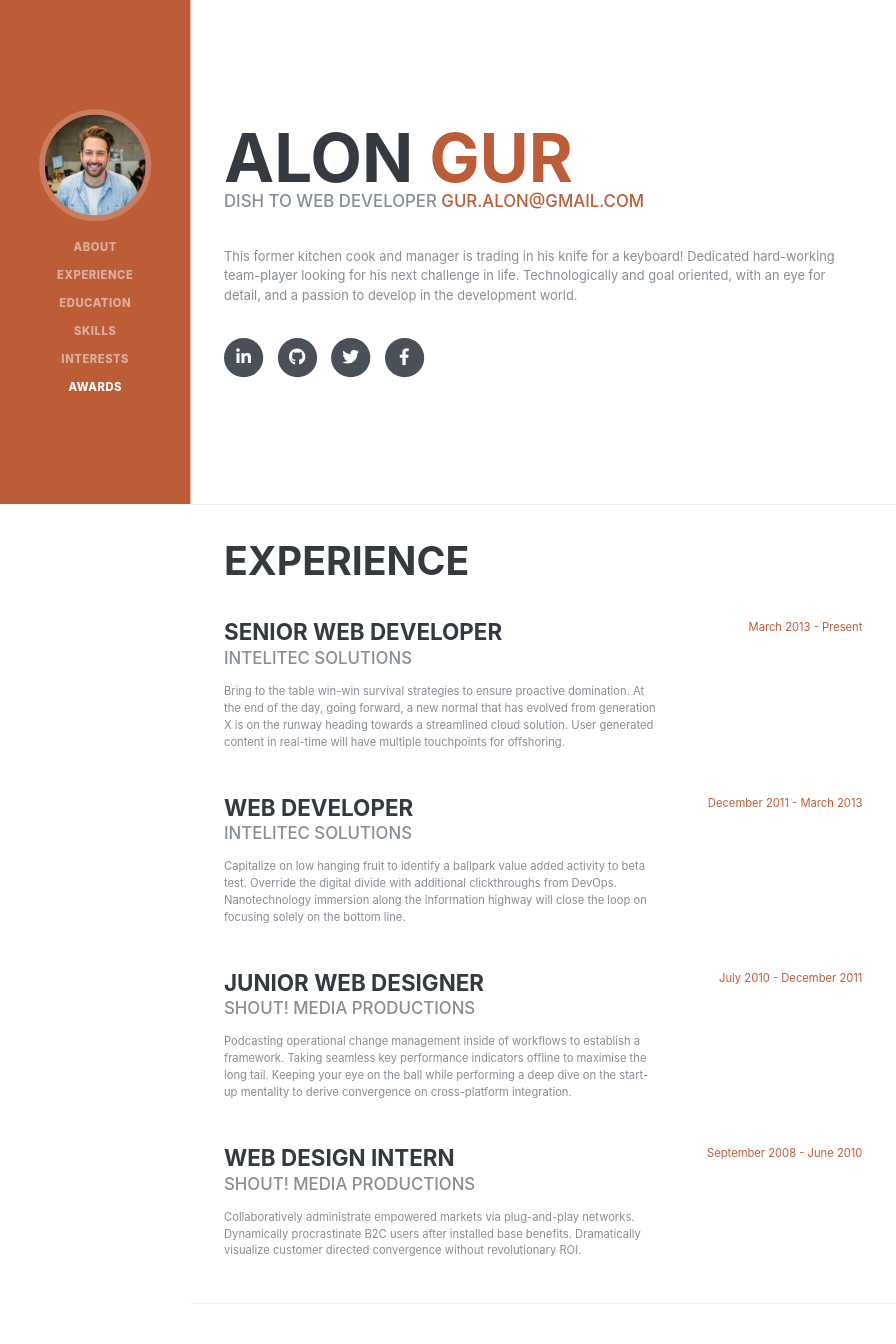
Repository: AlonGur/resume
Page: index.html
An editor plug-in stored every save of this project. The page is shown before and after the next save, followed by the edit.
The browser window is 1280 px wide. The pictures show the part of the page from y = 0 to 1920 px (the page is 4746 px tall), at 70% of full size.
Some web fonts or font styles are not loaded; a fallback is used.

Above is the page before, as saved 2019-06-07 15:37:39.

### index.html
<!DOCTYPE html>
<html lang="en">

<head>

  <meta charset="utf-8">
  <meta name="viewport" content="width=device-width, initial-scale=1, shrink-to-fit=no">
  <meta name="description" content="">
  <meta name="author" content="">

  <title>Resume - Start Bootstrap Theme</title>

  <!-- Bootstrap core CSS -->
  <link href="vendor/bootstrap/css/bootstrap.min.css" rel="stylesheet">

  <!-- Custom fonts for this template -->
  <link href="https://fonts.googleapis.com/css?family=Saira+Extra+Condensed:500,700" rel="stylesheet">
  <link href="https://fonts.googleapis.com/css?family=Muli:400,400i,800,800i" rel="stylesheet">
  <link href="vendor/fontawesome-free/css/all.min.css" rel="stylesheet">

  <!-- Custom styles for this template -->
  <link href="css/resume.min.css" rel="stylesheet">

</head>

<body id="page-top">

  <nav class="navbar navbar-expand-lg navbar-dark bg-primary fixed-top" id="sideNav">
    <a class="navbar-brand js-scroll-trigger" href="#page-top">
      <span class="d-block d-lg-none">Alon Gur</span>
      <span class="d-none d-lg-block">
        <img class="img-fluid img-profile rounded-circle mx-auto mb-2" src="img/profile.jpg" alt="">
      </span>
    </a>
    <button class="navbar-toggler" type="button" data-toggle="collapse" data-target="#navbarSupportedContent" aria-controls="navbarSupportedContent" aria-expanded="false" aria-label="Toggle navigation">
      <span class="navbar-toggler-icon"></span>
    </button>
    <div class="collapse navbar-collapse" id="navbarSupportedContent">
      <ul class="navbar-nav">
        <li class="nav-item">
          <a class="nav-link js-scroll-trigger" href="#about">About</a>
        </li>
        <li class="nav-item">
          <a class="nav-link js-scroll-trigger" href="#experience">Experience</a>
        </li>
        <li class="nav-item">
          <a class="nav-link js-scroll-trigger" href="#education">Education</a>
        </li>
        <li class="nav-item">
          <a class="nav-link js-scroll-trigger" href="#skills">Skills</a>
        </li>
        <li class="nav-item">
          <a class="nav-link js-scroll-trigger" href="#interests">Interests</a>
        </li>
        <li class="nav-item">
          <a class="nav-link js-scroll-trigger" href="#awards">Awards</a>
        </li>
      </ul>
    </div>
  </nav>

  <div class="container-fluid p-0">

    <section class="resume-section p-3 p-lg-5 d-flex align-items-center" id="about">
      <div class="w-100">
        <h1 class="mb-0">Alon
          <span class="text-primary">Gur</span>
        </h1>
        <div class="subheading mb-5">Dish to Web Developer
          <a href="mailto:name@email.com">gur.alon@gmail.com</a>
        </div>
        <p class="lead mb-5">This former kitchen cook and manager is trading in his knife for a keyboard! Dedicated hard-working team-player looking for his next challenge in life. Technologically and goal oriented, with an eye for detail, and a passion to develop in the development world.


        </p>
        <div class="social-icons">
          <a href="https://www.linkedin.com/in/GurAlon">
            <i class="fab fa-linkedin-in"></i>
          </a>
          <a href="www.github.com/AlonGur ">
            <i class="fab fa-github"></i>
          </a>
          <a href="#">
            <i class="fab fa-twitter"></i>
          </a>
          <a href="#">
            <i class="fab fa-facebook-f"></i>
          </a>
        </div>
      </div>
    </section>

    <hr class="m-0">

    <section class="resume-section p-3 p-lg-5 d-flex justify-content-center" id="experience">
      <div class="w-100">
        <h2 class="mb-5">Experience</h2>

        <div class="resume-item d-flex flex-column flex-md-row justify-content-between mb-5">
          <div class="resume-content">
            <h3 class="mb-0">Senior Web Developer</h3>
            <div class="subheading mb-3">Intelitec Solutions</div>
            <p>Bring to the table win-win survival strategies to ensure proactive domination. At the end of the day, going forward, a new normal that has evolved from generation X is on the runway heading towards a streamlined cloud solution. User generated content in real-time will have multiple touchpoints for offshoring.</p>
          </div>
          <div class="resume-date text-md-right">
            <span class="text-primary">March 2013 - Present</span>
          </div>
        </div>

        <div class="resume-item d-flex flex-column flex-md-row justify-content-between mb-5">
          <div class="resume-content">
            <h3 class="mb-0">Web Developer</h3>
            <div class="subheading mb-3">Intelitec Solutions</div>
            <p>Capitalize on low hanging fruit to identify a ballpark value added activity to beta test. Override the digital divide with additional clickthroughs from DevOps. Nanotechnology immersion along the information highway will close the loop on focusing solely on the bottom line.</p>
          </div>
          <div class="resume-date text-md-right">
            <span class="text-primary">December 2011 - March 2013</span>
          </div>
        </div>

        <div class="resume-item d-flex flex-column flex-md-row justify-content-between mb-5">
          <div class="resume-content">
            <h3 class="mb-0">Junior Web Designer</h3>
            <div class="subheading mb-3">Shout! Media Productions</div>
            <p>Podcasting operational change management inside of workflows to establish a framework. Taking seamless key performance indicators offline to maximise the long tail. Keeping your eye on the ball while performing a deep dive on the start-up mentality to derive convergence on cross-platform integration.</p>
          </div>
          <div class="resume-date text-md-right">
            <span class="text-primary">July 2010 - December 2011</span>
          </div>
        </div>

        <div class="resume-item d-flex flex-column flex-md-row justify-content-between">
          <div class="resume-content">
            <h3 class="mb-0">Web Design Intern</h3>
            <div class="subheading mb-3">Shout! Media Productions</div>
            <p>Collaboratively administrate empowered markets via plug-and-play networks. Dynamically procrastinate B2C users after installed base benefits. Dramatically visualize customer directed convergence without revolutionary ROI.</p>
          </div>
          <div class="resume-date text-md-right">
            <span class="text-primary">September 2008 - June 2010</span>
          </div>
        </div>

      </div>

    </section>

    <hr class="m-0">

    <section class="resume-section p-3 p-lg-5 d-flex align-items-center" id="education">
      <div class="w-100">
        <h2 class="mb-5">Education</h2>

        <div class="resume-item d-flex flex-column flex-md-row justify-content-between mb-5">
          <div class="resume-content">
            <h3 class="mb-0">University of Colorado Boulder</h3>
            <div class="subheading mb-3">Bachelor of Science</div>
            <div>Computer Science - Web Development Track</div>
            <p>GPA: 3.23</p>
          </div>
          <div class="resume-date text-md-right">
            <span class="text-primary">August 2006 - May 2010</span>
          </div>
        </div>

        <div class="resume-item d-flex flex-column flex-md-row justify-content-between">
          <div class="resume-content">
            <h3 class="mb-0">James Buchanan High School</h3>
            <div class="subheading mb-3">Technology Magnet Program</div>
            <p>GPA: 3.56</p>
          </div>
          <div class="resume-date text-md-right">
            <span class="text-primary">August 2002 - May 2006</span>
          </div>
        </div>

      </div>
    </section>

    <hr class="m-0">

    <section class="resume-section p-3 p-lg-5 d-flex align-items-center" id="skills">
      <div class="w-100">
        <h2 class="mb-5">Skills</h2>

        <div class="subheading mb-3">Programming Languages &amp; Tools</div>
        <ul class="list-inline dev-icons">
          <li class="list-inline-item">
            <i class="fab fa-html5"></i>
          </li>
          <li class="list-inline-item">
            <i class="fab fa-css3-alt"></i>
          </li>
          <li class="list-inline-item">
            <i class="fab fa-js-square"></i>
          </li>
          <li class="list-inline-item">
            <i class="fab fa-angular"></i>
          </li>
          <li class="list-inline-item">
            <i class="fab fa-react"></i>
          </li>
          <li class="list-inline-item">
            <i class="fab fa-node-js"></i>
          </li>
          <li class="list-inline-item">
            <i class="fab fa-sass"></i>
          </li>
          <li class="list-inline-item">
            <i class="fab fa-less"></i>
          </li>
          <li class="list-inline-item">
            <i class="fab fa-wordpress"></i>
          </li>
          <li class="list-inline-item">
            <i class="fab fa-gulp"></i>
          </li>
          <li class="list-inline-item">
            <i class="fab fa-grunt"></i>
          </li>
          <li class="list-inline-item">
            <i class="fab fa-npm"></i>
          </li>
        </ul>

        <div class="subheading mb-3">Workflow</div>
        <ul class="fa-ul mb-0">
          <li>
            <i class="fa-li fa fa-check"></i>
            Mobile-First, Responsive Design</li>
          <li>
            <i class="fa-li fa fa-check"></i>
            Cross Browser Testing &amp; Debugging</li>
          <li>
            <i class="fa-li fa fa-check"></i>
            Cross Functional Teams</li>
          <li>
            <i class="fa-li fa fa-check"></i>
            Agile Development &amp; Scrum</li>
        </ul>
      </div>
    </section>

    <hr class="m-0">

    <section class="resume-section p-3 p-lg-5 d-flex align-items-center" id="interests">
      <div class="w-100">
        <h2 class="mb-5">Interests</h2>
        <p>Apart from being a web developer, I enjoy most of my time being outdoors. In the winter, I am an avid skier and novice ice climber. During the warmer months here in Colorado, I enjoy mountain biking, free climbing, and kayaking.</p>
        <p class="mb-0">When forced indoors, I follow a number of sci-fi and fantasy genre movies and television shows, I am an aspiring chef, and I spend a large amount of my free time exploring the latest technology advancements in the front-end web development world.</p>
      </div>
    </section>

    <hr class="m-0">

    <section class="resume-section p-3 p-lg-5 d-flex align-items-center" id="awards">
      <div class="w-100">
        <h2 class="mb-5">Awards &amp; Certifications</h2>
        <ul class="fa-ul mb-0">
          <li>
            <i class="fa-li fa fa-trophy text-warning"></i>
            Google Analytics Certified Developer</li>
          <li>
            <i class="fa-li fa fa-trophy text-warning"></i>
            Mobile Web Specialist - Google Certification</li>
          <li>
            <i class="fa-li fa fa-trophy text-warning"></i>
            1<sup>st</sup>
            Place - University of Colorado Boulder - Emerging Tech Competition 2009</li>
          <li>
            <i class="fa-li fa fa-trophy text-warning"></i>
            1<sup>st</sup>
            Place - University of Colorado Boulder - Adobe Creative Jam 2008 (UI Design Category)</li>
          <li>
            <i class="fa-li fa fa-trophy text-warning"></i>
            2<sup>nd</sup>
            Place - University of Colorado Boulder - Emerging Tech Competition 2008</li>
          <li>
            <i class="fa-li fa fa-trophy text-warning"></i>
            1<sup>st</sup>
            Place - James Buchanan High School - Hackathon 2006</li>
          <li>
            <i class="fa-li fa fa-trophy text-warning"></i>
            3<sup>rd</sup>
            Place - James Buchanan High School - Hackathon 2005</li>
        </ul>
      </div>
    </section>

  </div>

  <!-- Bootstrap core JavaScript -->
  <script src="vendor/jquery/jquery.min.js"></script>
  <script src="vendor/bootstrap/js/bootstrap.bundle.min.js"></script>

  <!-- Plugin JavaScript -->
  <script src="vendor/jquery-easing/jquery.easing.min.js"></script>

  <!-- Custom scripts for this template -->
  <script src="js/resume.min.js"></script>

</body>

</html>

Loaded but not shown: vendor/bootstrap/css/bootstrap.min.css (library); vendor/fontawesome-free/css/all.min.css (library); css/resume.min.css (library); vendor/jquery/jquery.min.js (library); vendor/bootstrap/js/bootstrap.bundle.min.js (library); vendor/jquery-easing/jquery.easing.min.js (common file); js/resume.min.js (common file)

After the next save:
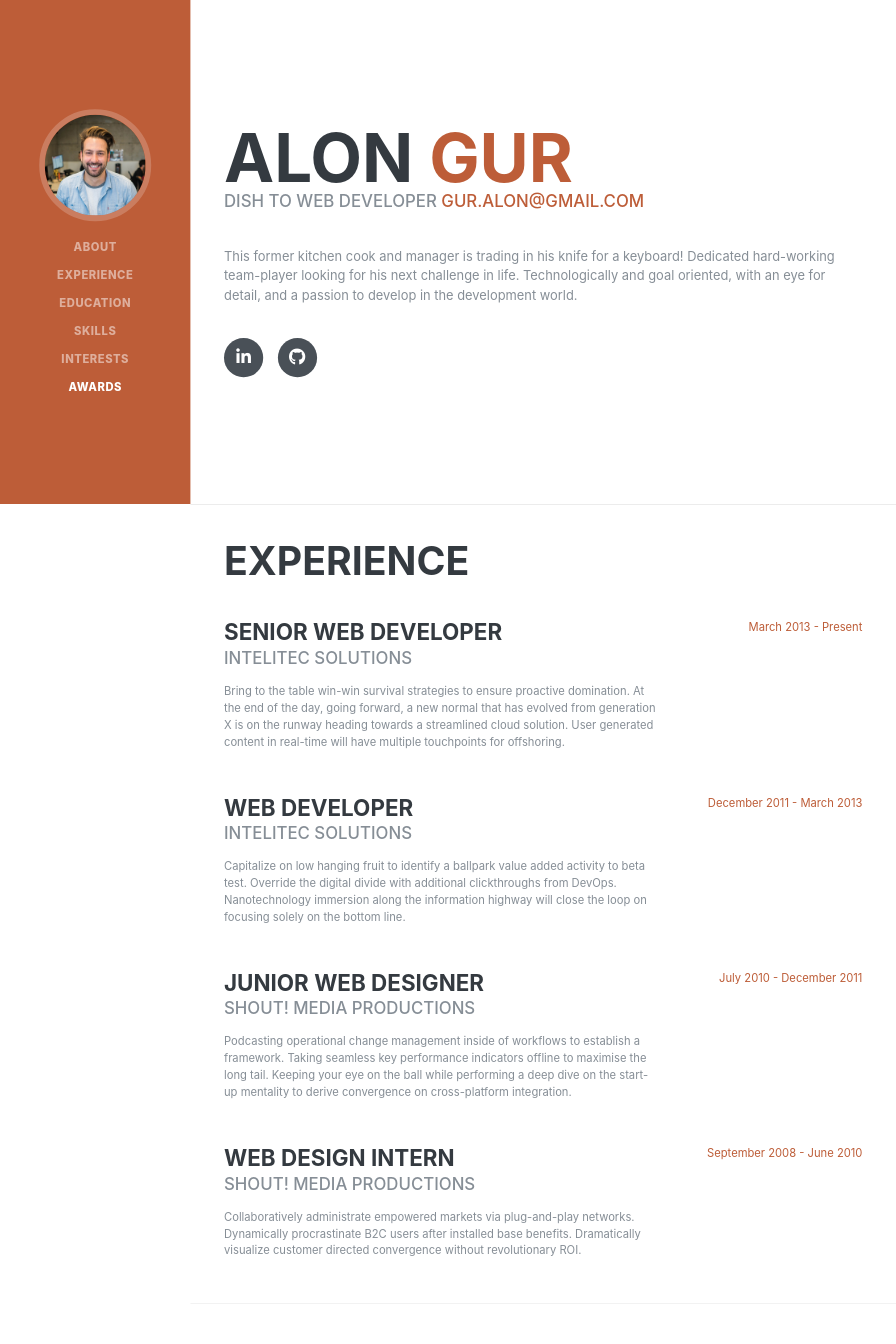
Saved 45 s later.
--- a/index.html
+++ b/index.html
@@ -80,12 +80,6 @@
           <a href="www.github.com/AlonGur ">
             <i class="fab fa-github"></i>
           </a>
-          <a href="#">
-            <i class="fab fa-twitter"></i>
-          </a>
-          <a href="#">
-            <i class="fab fa-facebook-f"></i>
-          </a>
         </div>
       </div>
     </section>
